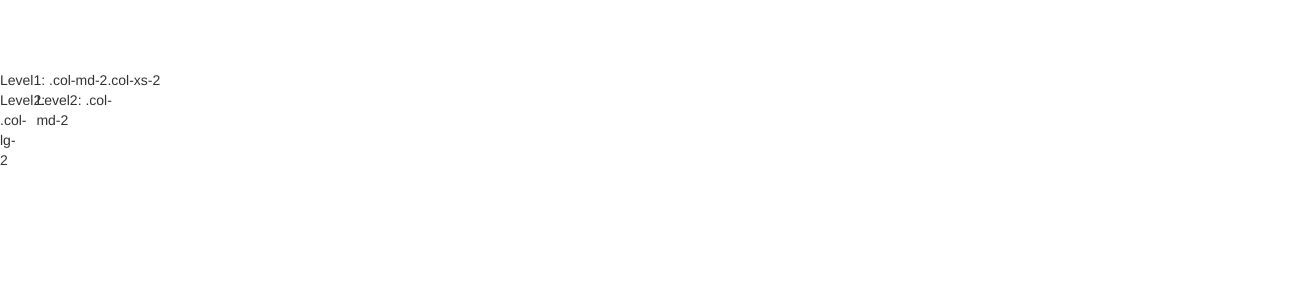
Repository: Echo-Jiang/Echo-Jiang.github.io
Page: test.3.html
The author's editor kept a record of every edit. The page is drawn from the files as they stood at one moment, then again after the next edit.
The browser window is 1280 px wide. The page is 1295 px wide, so the pictures cover 1295 px, including what lies to the right of the window. The pictures show the whole page.

Above is the page before.

After the next edit:
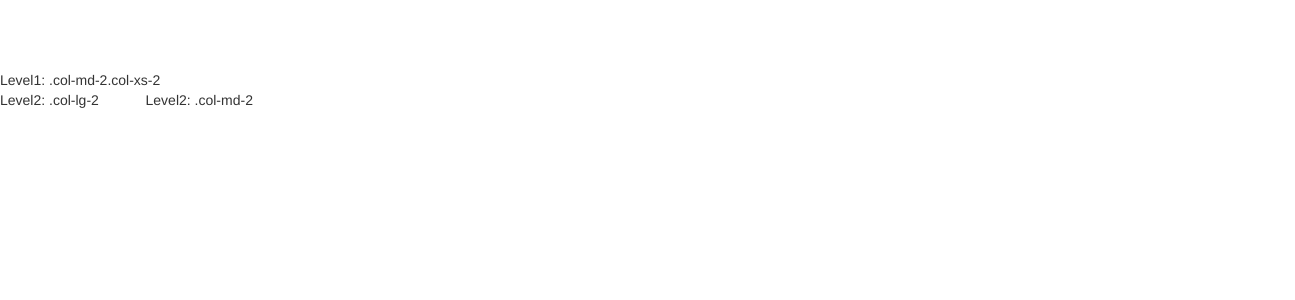
The edit:
--- a/test.3.html
+++ b/test.3.html
@@ -29,10 +29,12 @@
   <body>
 
     <div class="row">
-      <div class="col-md-2 col-xs-2">Level1: .col-md-2.col-xs-2
-      <div class="row">
-        <div class="col-lg-2">Level2: .col-lg-2</div>
-        <div class="col-md-6">Level2: .col-md-2</div>
+      <div class="col-md-8 col-xs-2">
+        Level1: .col-md-2.col-xs-2
+        <div class="row">
+          <div class="col-lg-2">Level2: .col-lg-2</div>
+          <div class="col-md-6">Level2: .col-md-2</div>
+        </div>
       </div>
     </div>
 
